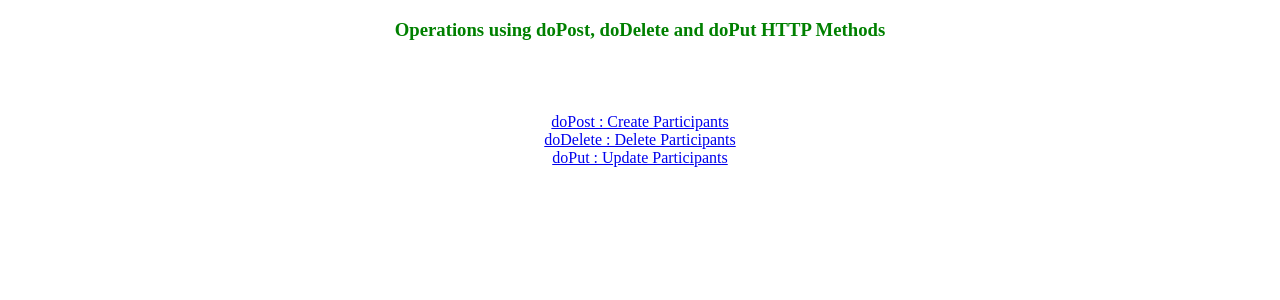
Repository: aparadamx/MavenServletJSP
Page: GymWebApp/src/main/webapp/index.html
An editor plug-in stored every save of this project. The page is shown before and after the next save, followed by the edit.
The browser window is 1280 px wide. The pictures show the whole page.

Above is the page before, as saved 2024-09-05 18:46:43.

After the next save:
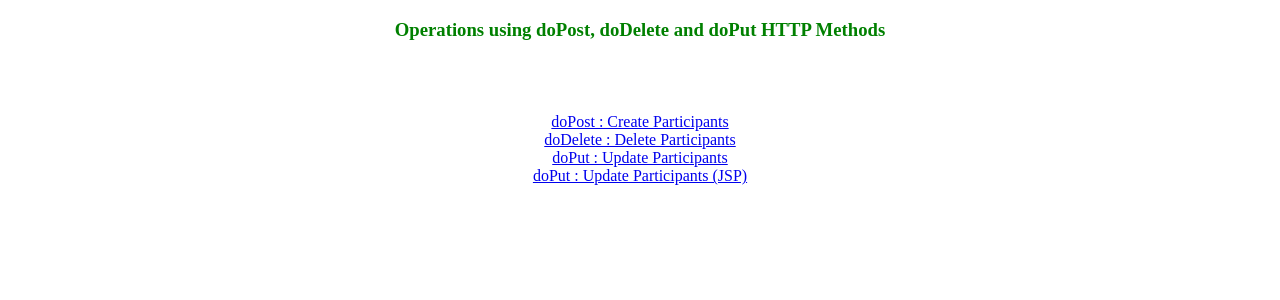
Saved 83 s later.
--- a/GymWebApp/src/main/webapp/index.html
+++ b/GymWebApp/src/main/webapp/index.html
@@ -17,8 +17,12 @@
 		<a href="doDeleteServlet.html">doDelete : Delete Participants</a><br>
 	</div>
 
-		<div style="text-align:center">
+	<div style="text-align:center">
 		<a href="doPutServlet.html">doPut : Update Participants</a><br>
+	</div>
+
+	<div style="text-align:center">
+		<a href="index.jsp">doPut : Update Participants (JSP)</a><br>
 	</div>
 </body>
 </html>
